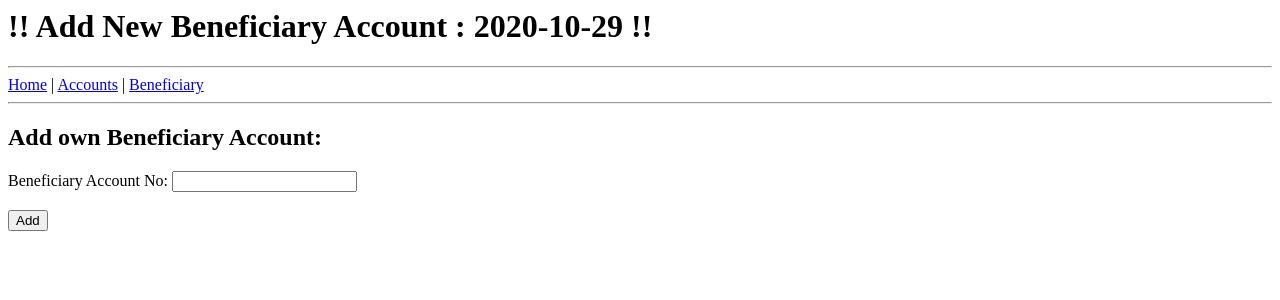
Repository: anik84/ibs
Page: http://localhost/IBS/user_add_own_beneficiary_account_form.jsp
These files come from the project's save history. The page is drawn as it stood at one moment and after the next save; the edit follows.
The browser window is 1280 px wide. The pictures show the whole page.
The page is served by Tomcat 9. Other server files are loaded and not shown.

Above is the page before, as saved 2020-10-29 11:02:26.

### IBS_JSPs/IBS/WebContent/user_add_own_beneficiary_account_form.jsp
<%@page import="java.time.LocalDate"%>
<html>
<head>
<title>add new beneficiary account</title>
</head>
<body>
	<h1>
		!! Add New Beneficiary Account :
		<%=LocalDate.now()%>
		!!
	</h1>
	<jsp:include page="user_home_menu.jsp" />

	<h2>Add own Beneficiary Account:</h2>
	<form action="addbenefacct" method="POST">

		<div>
			<label>Beneficiary Account No: </label> <input type="number" name="benefAcctNo"
				required />
		</div><br />
		<div>
			<button>Add</button>
		</div>
	</form>
</body>
</html>

### IBS_JSPs/IBS/WebContent/user_home_menu.jsp
<nav>
	<hr />
	 <a href="user_home.jsp">Home</a>
	 <span> | </span>
	 <a href="user_accounts.jsp">Accounts</a>
	 <span> | </span>
	 <a href="user_beneficiary.jsp">Beneficiary</a>
	<hr />
</nav>

After the next save:
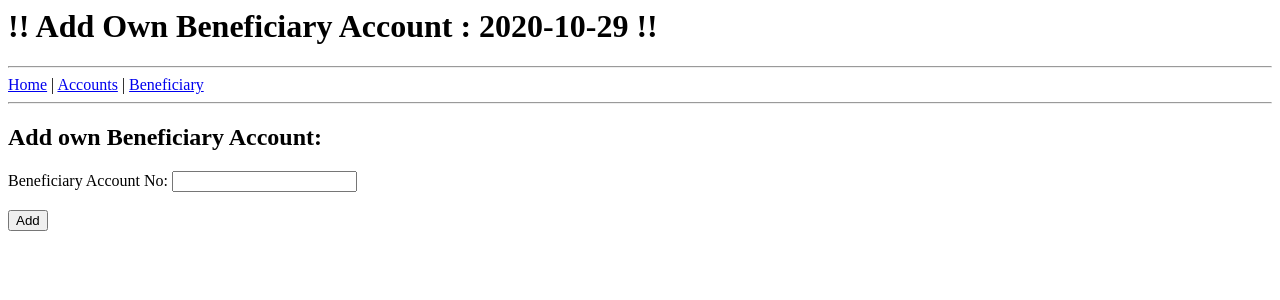
Saved 45 s later.
--- a/IBS_JSPs/IBS/WebContent/user_add_own_beneficiary_account_form.jsp
+++ b/IBS_JSPs/IBS/WebContent/user_add_own_beneficiary_account_form.jsp
@@ -1,11 +1,11 @@
 <%@page import="java.time.LocalDate"%>
 <html>
 <head>
-<title>add new beneficiary account</title>
+<title>add own beneficiary account</title>
 </head>
 <body>
 	<h1>
-		!! Add New Beneficiary Account :
+		!! Add Own Beneficiary Account :
 		<%=LocalDate.now()%>
 		!!
 	</h1>
